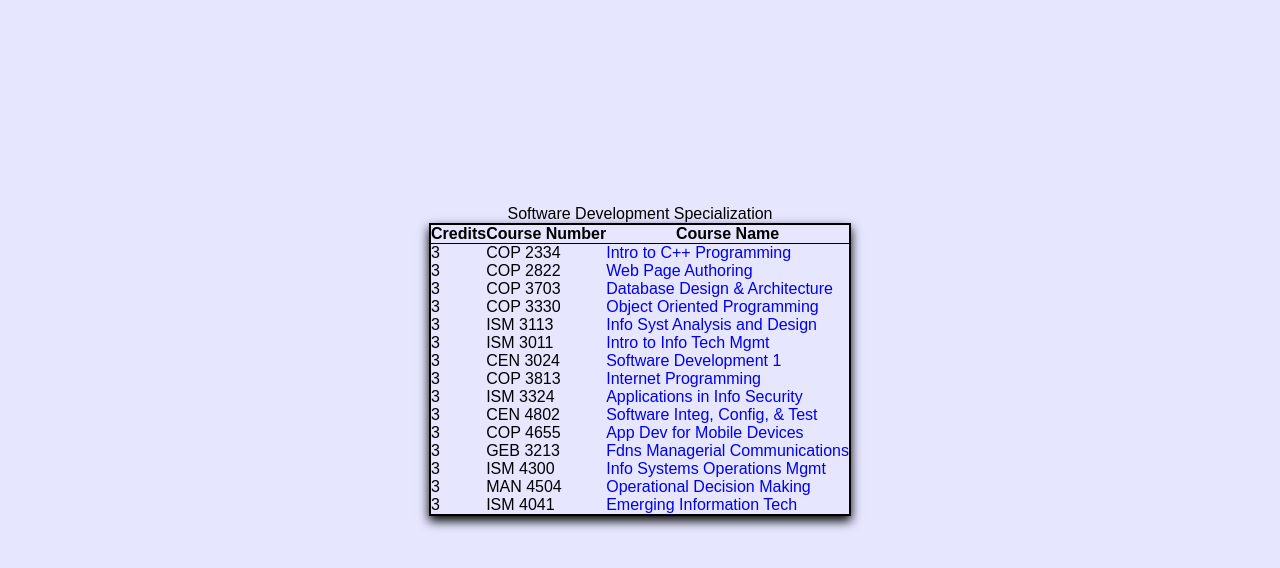
Repository: mlmEFSC21/P3-DegreeSpecializationTable
Page: index.html
The author's editor kept a copy of each file at every save. The page is drawn from the files as they stood at one save, then again after the next save.
The browser window is 1280 px wide. The pictures show the whole page.
Some web fonts or font styles are not loaded; a fallback is used.

Above is the page before, as saved 2022-02-01 21:04:05.

### index.html
<!DOCTYPE html>
<html lang="en">
    <head>
        <meta charset="UTF-8" />
        <meta http-equiv="X-UA-Compatible" content="IE=edge" />
        <meta name="viewport" content="width=device-width, initial-scale=1.0" />
        <link rel="stylesheet" href="tableStyles.css" />
        <title>Degree Specialization Table</title>
    </head>
    <body>
        <table>
            <caption class="tableTitle">
                Software Development Specialization
            </caption>
            <thead>
                <tr class="colTitles">
                    <th>Credits</th>
                    <th>Course Number</th>
                    <th>Course Name</th>
                </tr>
            </thead>
            <tr>
                <td>3</td>
                <td>COP 2334</td>
                <td>
                    <a
                        href="https://bannerweb.easternflorida.edu/prod/bwckctlg.p_disp_course_detail?cat_term_in=202210&subj_code_in=COP&crse_numb_in=1000"
                        >Intro to C++ Programming</a
                    >
                </td>
            </tr>
            <tr>
                <td>3</td>
                <td>COP 2822</td>
                <td>
                    <a
                        href="https://bannerweb.easternflorida.edu/prod/bwckctlg.p_disp_course_detail?cat_term_in=202210&subj_code_in=COP&crse_numb_in=2822"
                        >Web Page Authoring</a
                    >
                </td>
            </tr>
            <tr>
                <td>3</td>
                <td>COP 3703</td>
                <td>
                    <a
                        href="https://bannerweb.easternflorida.edu/prod/bwckctlg.p_disp_course_detail?cat_term_in=202210&subj_code_in=COP&crse_numb_in=3703"
                        >Database Design & Architecture</a
                    >
                </td>
            </tr>
            <tr>
                <td>3</td>
                <td>COP 3330</td>
                <td>
                    <a
                        href="https://bannerweb.easternflorida.edu/prod/bwckctlg.p_disp_course_detail?cat_term_in=202210&subj_code_in=COP&crse_numb_in=3330"
                        >Object Oriented Programming</a
                    >
                </td>
            </tr>
            <tr>
                <td>3</td>
                <td>ISM 3113</td>
                <td>
                    <a
                        href="https://bannerweb.easternflorida.edu/prod/bwckctlg.p_disp_course_detail?cat_term_in=202210&subj_code_in=ISM&crse_numb_in=3113"
                        >Info Syst Analysis and Design</a
                    >
                </td>
            </tr>
            <tr>
                <td>3</td>
                <td>ISM 3011</td>
                <td>
                    <a
                        href="https://bannerweb.easternflorida.edu/prod/bwckctlg.p_disp_course_detail?cat_term_in=202210&subj_code_in=ISM&crse_numb_in=3011"
                        >Intro to Info Tech Mgmt</a
                    >
                </td>
            </tr>
            <tr>
                <td>3</td>
                <td>CEN 3024</td>
                <td>
                    <a
                        href="https://bannerweb.easternflorida.edu/prod/bwckctlg.p_disp_course_detail?cat_term_in=202210&subj_code_in=CEN&crse_numb_in=3024"
                        >Software Development 1</a
                    >
                </td>
            </tr>
            <tr>
                <td>3</td>
                <td>COP 3813</td>
                <td>
                    <a
                        href="https://bannerweb.easternflorida.edu/prod/bwckctlg.p_disp_course_detail?cat_term_in=202210&subj_code_in=COP&crse_numb_in=3813"
                        >Internet Programming</a
                    >
                </td>
            </tr>
            <tr>
                <td>3</td>
                <td>ISM 3324</td>
                <td>
                    <a
                        href="https://bannerweb.easternflorida.edu/prod/bwckctlg.p_disp_course_detail?cat_term_in=202210&subj_code_in=ISM&crse_numb_in=3324"
                        >Applications in Info Security</a
                    >
                </td>
            </tr>
            <tr>
                <td>3</td>
                <td>CEN 4802</td>
                <td>
                    <a
                        href="https://bannerweb.easternflorida.edu/prod/bwckctlg.p_disp_course_detail?cat_term_in=202210&subj_code_in=CEN&crse_numb_in=4802"
                        >Software Integ, Config, & Test</a
                    >
                </td>
            </tr>
            <tr>
                <td>3</td>
                <td>COP 4655</td>
                <td>
                    <a
                        href="https://bannerweb.easternflorida.edu/prod/bwckctlg.p_disp_course_detail?cat_term_in=202210&subj_code_in=COP&crse_numb_in=4655"
                        >App Dev for Mobile Devices</a
                    >
                </td>
            </tr>
            <tr>
                <td>3</td>
                <td>GEB 3213</td>
                <td>
                    <a
                        href="https://bannerweb.easternflorida.edu/prod/bwckctlg.p_disp_course_detail?cat_term_in=202210&subj_code_in=GEB&crse_numb_in=3213"
                        >Fdns Managerial Communications</a
                    >
                </td>
            </tr>
            <tr>
                <td>3</td>
                <td>ISM 4300</td>
                <td>
                    <a
                        href="https://bannerweb.easternflorida.edu/prod/bwckctlg.p_disp_course_detail?cat_term_in=202210&subj_code_in=ISM&crse_numb_in=4300"
                        >Info Systems Operations Mgmt</a
                    >
                </td>
            </tr>
            <tr>
                <td>3</td>
                <td>MAN 4504</td>
                <td>
                    <a
                        href="https://bannerweb.easternflorida.edu/prod/bwckctlg.p_disp_course_detail?cat_term_in=202210&subj_code_in=MAN&crse_numb_in=4504"
                        >Operational Decision Making</a
                    >
                </td>
            </tr>
            <tr>
                <td>3</td>
                <td>ISM 4041</td>
                <td>
                    <a
                        href="https://bannerweb.easternflorida.edu/prod/bwckctlg.p_disp_course_detail?cat_term_in=202210&subj_code_in=ISM&crse_numb_in=4041"
                        >Emerging Information Tech</a
                    >
                </td>
            </tr>
        </table>
    </body>
</html>

### tableStyles.css
@import url("https://fonts.googleapis.com/css2?family=Spectral:wght@400&display=swap");

:root {
    --clr-prime: #003c5e;
    --clr-second: #1a2028;
    --clr-accent: #8fb500;
    --clr-font-prime: #5b8ead;
    --clr-font-second: black;
    --clr-background: #e6e6ff;
}
*,
*::before,
*::after {
    margin: 0;
    padding: 0;
    box-sizing: border-box;
}
body {
    font-family: Spectral, sans-serif;
    height: 100vh;
    display: grid;
    align-items: center;
    justify-content: center;
    background-color: var(--clr-background);
}
table {
    border-collapse: collapse;
    box-shadow: 0 5px 10px rgba(0, 0, 0, 1);
    border: 2px solid black;
    padding: 0.25rem;
}
.colTitles {
    border-bottom: 1px solid black;
}
a {
    text-decoration: none;
}

After the next save:
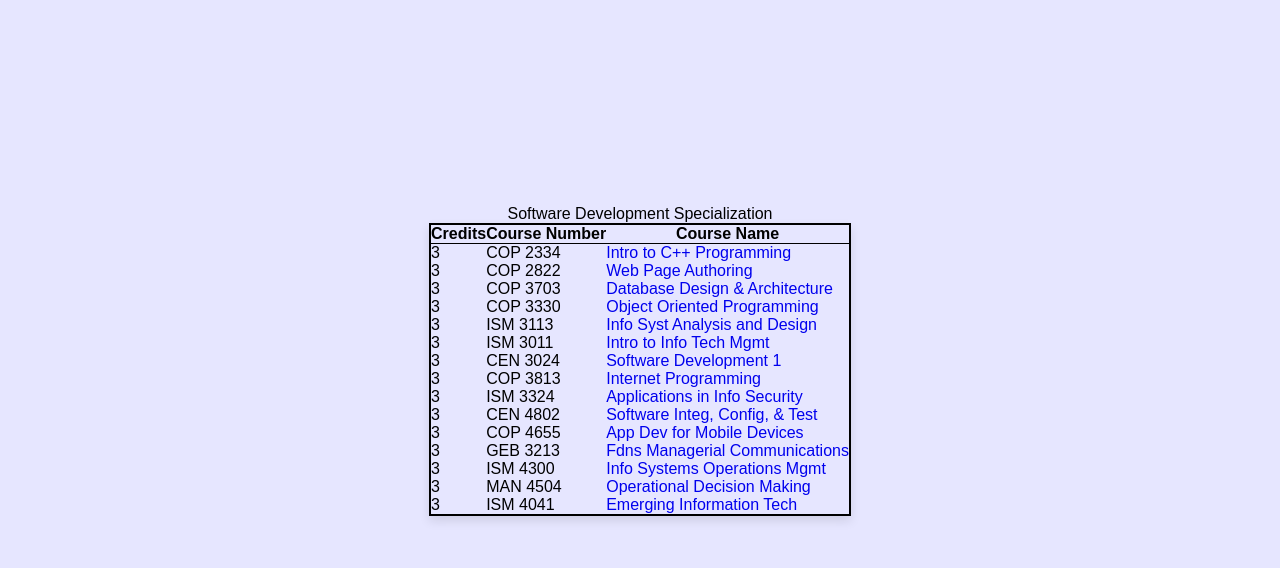
Saved 6 s later.
--- a/tableStyles.css
+++ b/tableStyles.css
@@ -25,7 +25,7 @@ body {
 }
 table {
     border-collapse: collapse;
-    box-shadow: 0 5px 10px rgba(0, 0, 0, 1);
+    box-shadow: 0 5px 10px rgba(0, 0, 0, 0.1);
     border: 2px solid black;
     padding: 0.25rem;
 }
